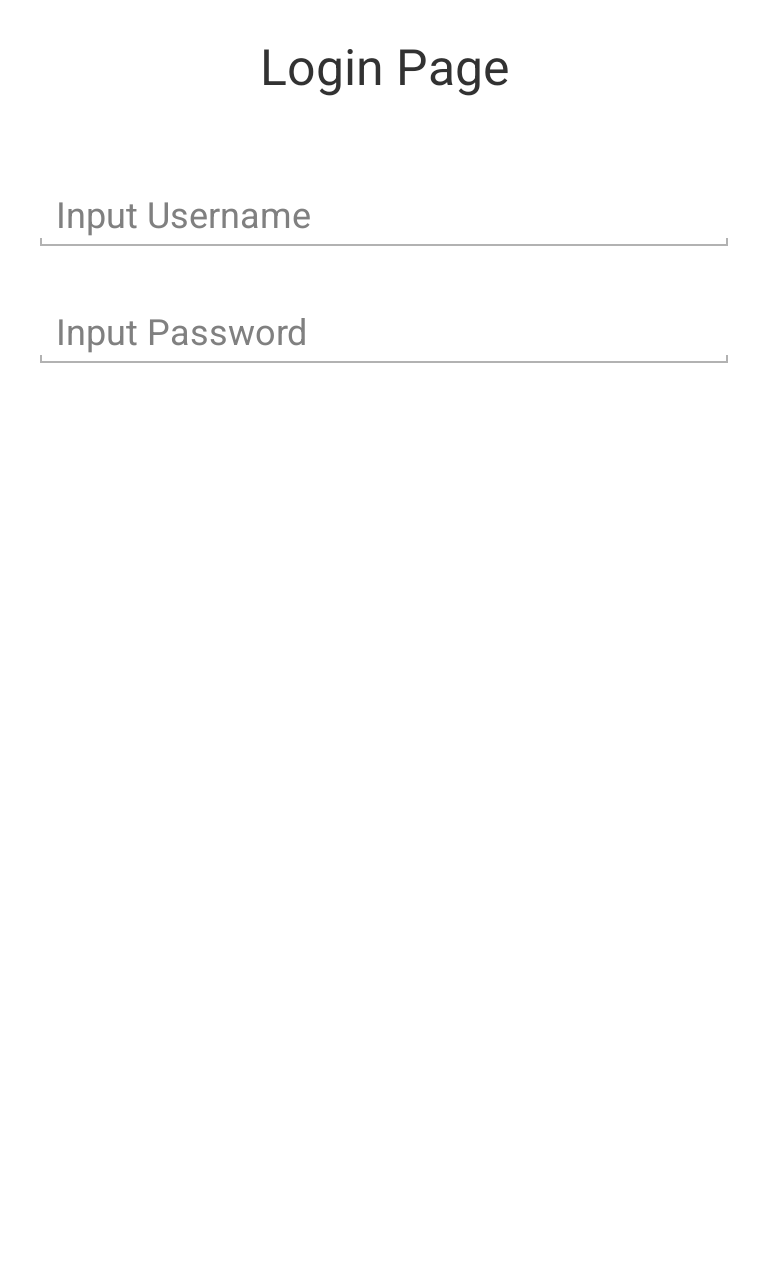
Repository: ikhsan-muhammad/mobile_programming
Layout: Kumpulan Project/Persiapan UAS/res/layout/activity_login.xml
These files come from the project's save history. The layout is drawn as it stood at one moment and after the next save; the edit follows.
It is drawn on a 768 x 1280 px phone screen (xhdpi) without system bars, with theme AppTheme; the app's code is not run.

Above is the layout before, as saved 2022-07-12 16:24:08.

After the next save:
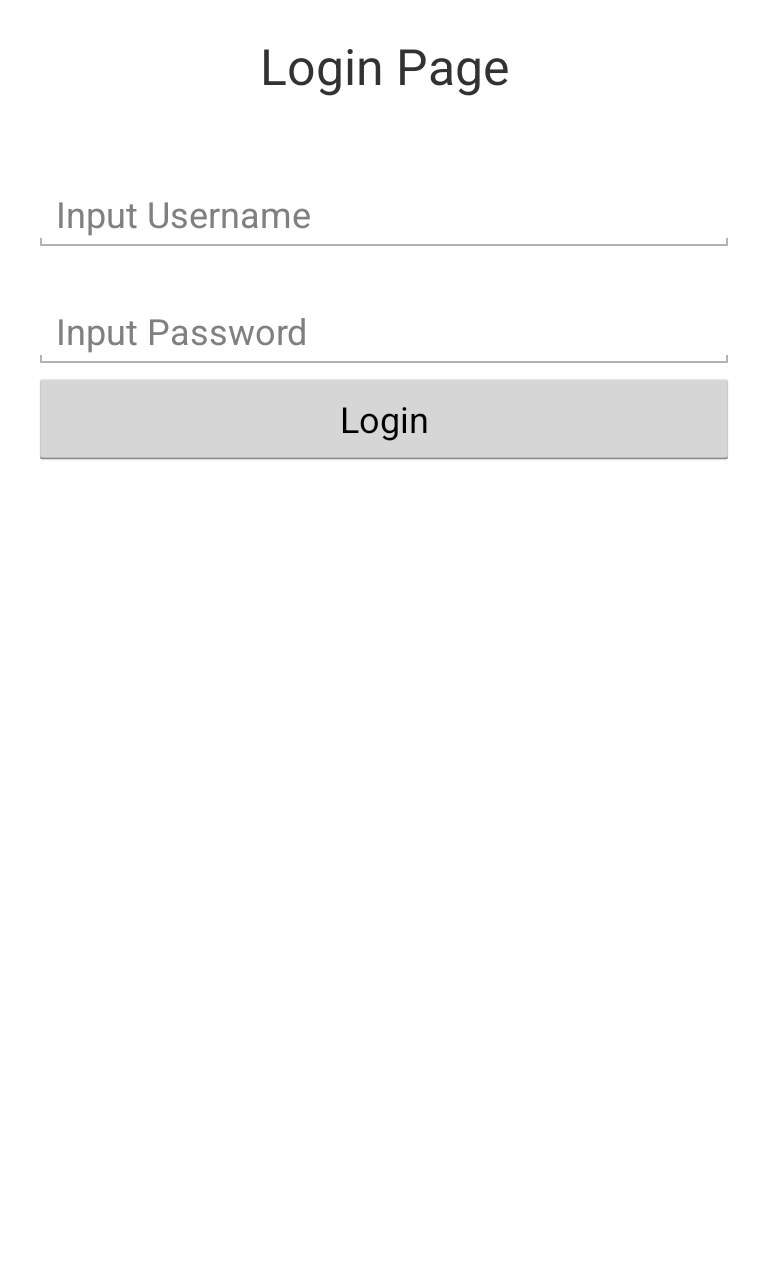
Saved 81 s later.
--- a/Kumpulan Project/Persiapan UAS/res/layout/activity_login.xml
+++ b/Kumpulan Project/Persiapan UAS/res/layout/activity_login.xml
@@ -69,6 +69,12 @@
                     android:layout_height="wrap_content"
                     android:orientation="vertical" >
 
+                    <Button
+                        android:id="@+id/button1"
+                        android:layout_width="match_parent"
+                        android:layout_height="wrap_content"
+                        android:text="Login" />
+
                     <TextView
                         android:id="@+id/textView5"
                         android:layout_width="match_parent"
